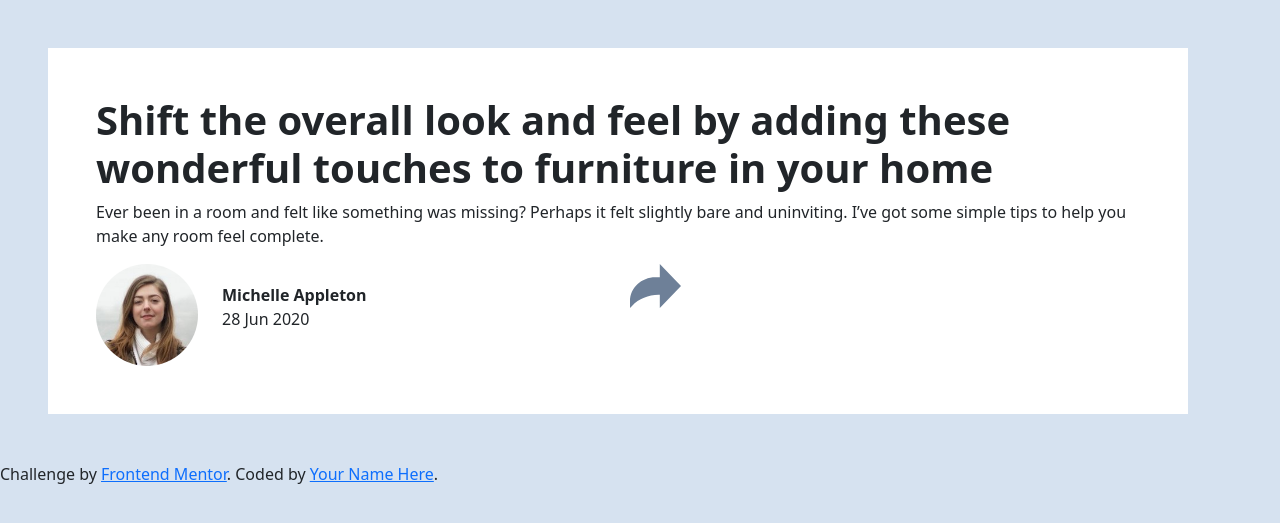
Repository: blordeus/article-preview-component
Page: index.html
The author's editor kept a copy of each file at every save. The page is drawn from the files as they stood at one save, then again after the next save.
The browser window is 1280 px wide. The pictures show the whole page.

Above is the page before, as saved 2024-05-17 10:49:34.

After the next save:
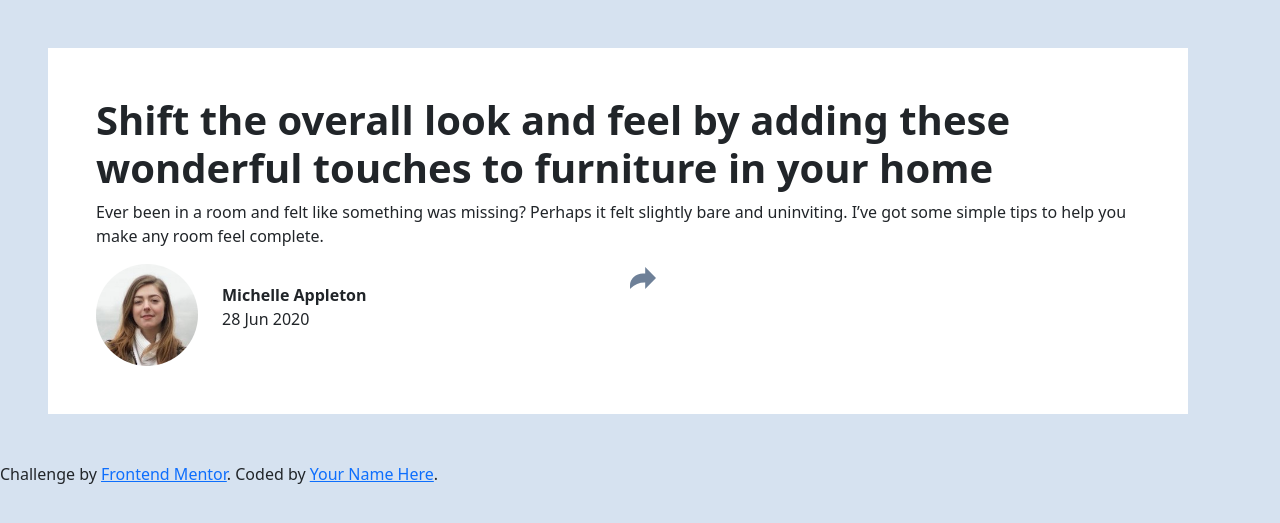
Saved 12 s later.
--- a/style.css
+++ b/style.css
@@ -22,5 +22,5 @@ main {
 }
 
 #share {
-    width: 10%;
+    width: 5%;
 }
